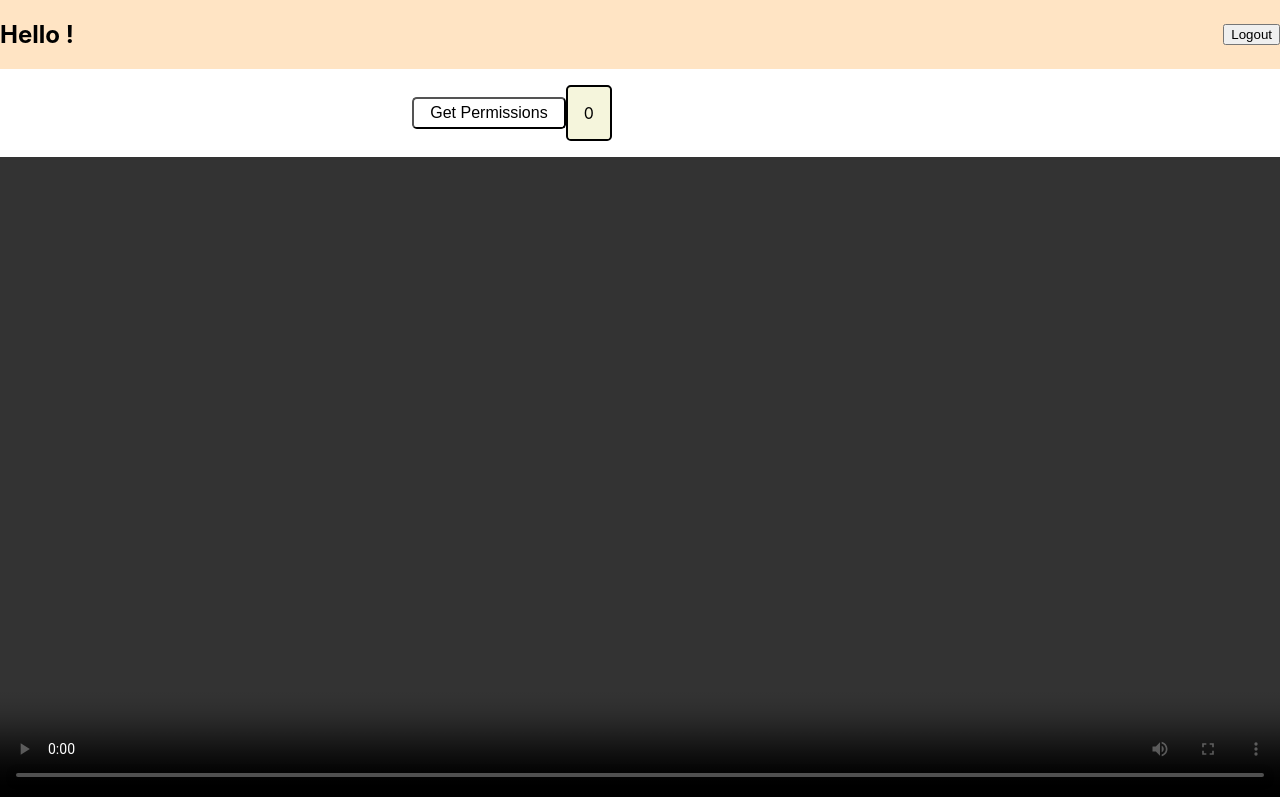
Repository: drumsmanku/test-1
Page: /recording (app in client/)
These files come from the project's save history. The page is drawn as it stood at one moment and after the next save; the edit follows.
The browser window is 1280 px wide. The pictures show the whole page.
The project was rebuilt for these pictures with package versions that can differ from the ones it lists, and the page was loaded fresh each time. Also part of the build but not shown: client/src/App.css, client/src/Components/Login/Login.module.css, client/src/Components/Login/Login.js, client/src/Components/Register/Register.module.css, client/src/Components/Register/Register.js.

Above is the page before, as saved 2023-08-31 19:18:01.

### client/src/App.js
import './App.css';
import {BrowserRouter as Router, Route, Routes} from 'react-router-dom';
import Login from './Components/Login/Login';
import Register from './Components/Register/Register';
import Recording from './Components/Recording/Recording';

function App() {
  return (
    <div className="App">
      <Router>
        <Routes>
          <Route path='/' element={<Login/>}/>
          <Route path='/register' element={<Register/>}/>
          <Route path='/recording' element={<Recording/>}/>
        </Routes>
      </Router>
    </div>
  );
}

export default App;

### client/src/Components/Recording/Recording.js
import React from 'react';
import styles from './Recording.module.css';
import { useState, useEffect, useRef } from 'react';
import { useNavigate } from 'react-router-dom';
import axios from 'axios';

function Recording() {
  const [existingUser, setExistingUser]=useState(localStorage.getItem('user'))
  const navigate=useNavigate();
  const handleLogout=()=>{
    localStorage.removeItem('token');
    localStorage.removeItem('user');
    navigate('/')
  }
  const [startButton, setStartButton] = useState(false);
  const [mediaRecorder, setMediaRecorder] = useState(null);
  const chunksRef = useRef([]);
  const [progress, setProgress] = useState(0);


  const handlePermissions = async () => {
    try {
      const stream = await navigator.mediaDevices.getUserMedia({ audio: true, video: true });

      setStartButton(true);

      const newMediaRecorder = new MediaRecorder(stream);
      newMediaRecorder.ondataavailable = (evt) => {
        chunksRef.current.push(evt.data);
      };
      setMediaRecorder(newMediaRecorder);

      // POST request to start recording
      await axios.post('http://localhost:4000/recording/start', {
        videoPermission: true,
        audioPermission: true
      });
    } catch (error) {
      console.error('Error during getting permissions', error);
    }
  };
  let intervalId;

  const startRecording = () => {

    mediaRecorder.start();
    let secondsRecorded = 0;

     intervalId = setInterval(() => {
      secondsRecorded += 1;
      setProgress(secondsRecorded);
    }, 1000);
  };

  const stopRecording = async () => {

    if (mediaRecorder) {

        mediaRecorder.stop();
        mediaRecorder.stream.getTracks().forEach(track => track.stop());
        clearInterval(intervalId);
        setProgress(0);

        await axios.post('http://localhost:4000/recording/stop');

        const blob = new Blob(chunksRef.current, { type: 'video/webm' });
        const url = URL.createObjectURL(blob);

        const videoElement = document.getElementById('videoPlayback');

        videoElement.src = url;

        chunksRef.current = [];

        setStartButton(false);
    }
  };


  return (
    <div className={styles.container}>
      <div className={styles.navbar}>
        <h2>Hello {existingUser} ! </h2>
        <div><button onClick={handleLogout}>Logout</button></div>
      </div>
      <div className={styles.bottomBody}>
        <button className={styles.button} onClick={handlePermissions}>Get Permissions</button>
        {startButton &&
          <div>
            <button className={styles.button} onClick={startRecording}>Start Recording</button>
            <button className={styles.button} onClick={stopRecording}>Stop Recording</button>
          </div>
        }
        <div>
         <p style={{backgroundColor:'beige', borderRadius:'0.3rem', border:'2px solid black', padding:'1rem'}}>{progress}</p>
        </div>

      </div>
      <video id="videoPlayback" controls autoplay></video>

    </div>
  )
}

export default Recording

### client/src/Components/Recording/Recording.module.css
.container{
  height: 100vh;
  width: 100%;
  display: flex;
  flex-direction: column;
}
.navbar{
  height: 10%;
  width: 100%;
  background-color: bisque;
  display: flex;
  justify-content: space-between;
  align-items: center;
}
.bottomBody{
  display: flex;
  justify-content: center;
  width: 80%;
  align-items: center;
}
.button{
  background: none;
  border-radius: 0.3rem;
  height: 2rem;
  padding:0 1rem 0 1rem;
  font-size: medium;
  cursor: pointer;
}

Loaded but not shown: client/public/index.html (common file); client/src/index.js (common file); client/src/index.css (common file)

After the next save:
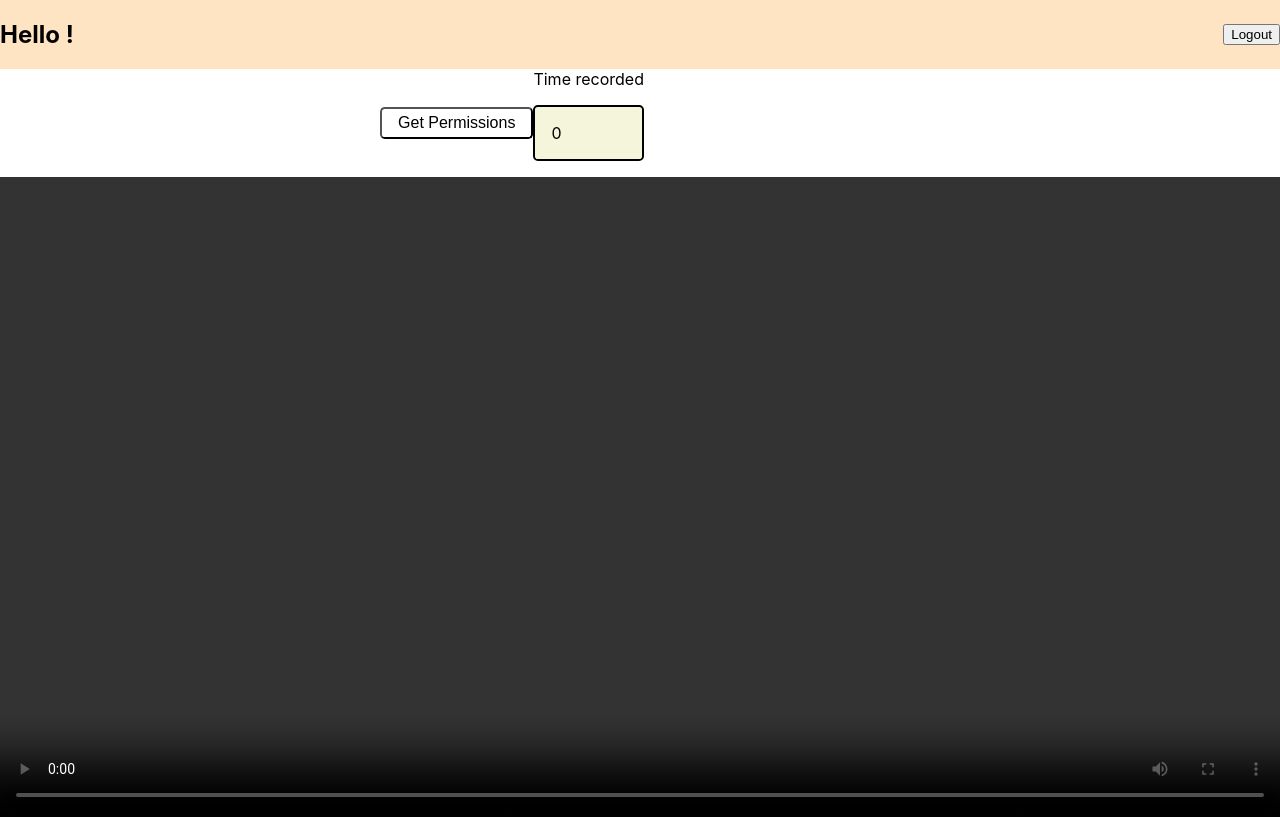
Saved 24 s later.
--- a/client/src/Components/Recording/Recording.js
+++ b/client/src/Components/Recording/Recording.js
@@ -92,6 +92,7 @@ function Recording() {
           </div>
         }
         <div>
+          Time recorded
          <p style={{backgroundColor:'beige', borderRadius:'0.3rem', border:'2px solid black', padding:'1rem'}}>{progress}</p>
         </div>
 
